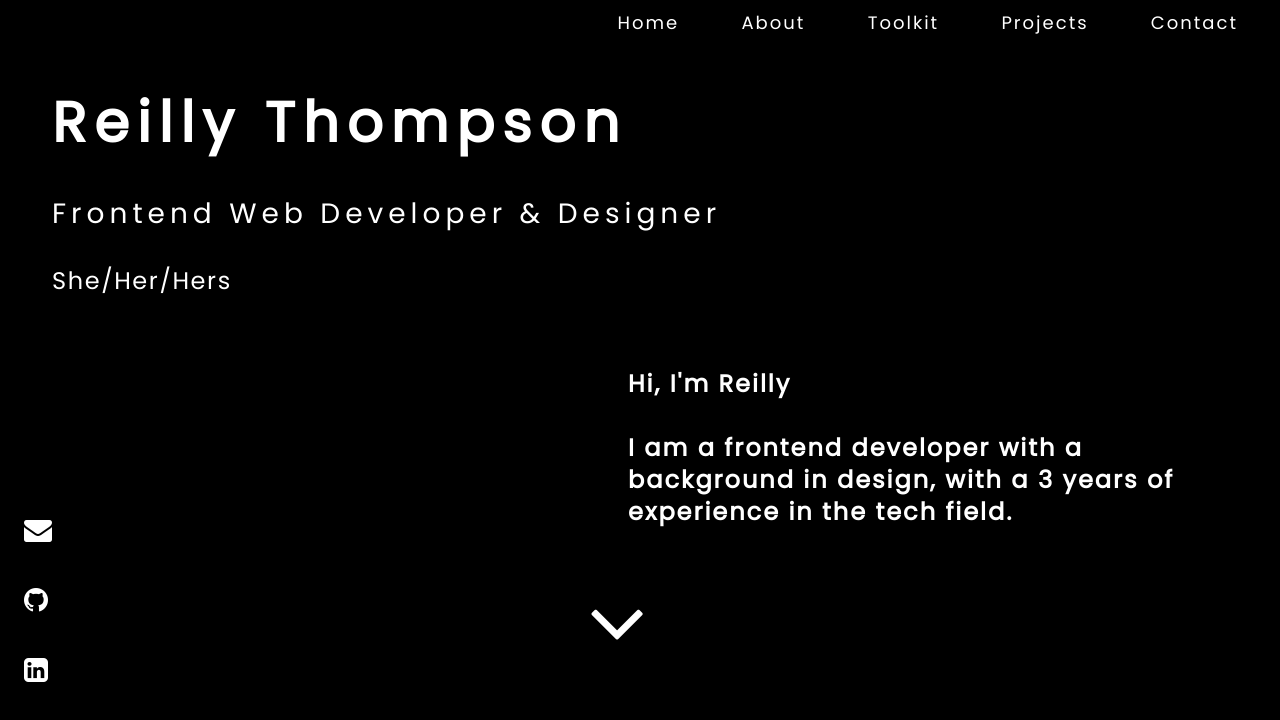
Repository: Rthompson2548/portfolio
Page: index.html
The author's editor kept a copy of each file at every save. The page is drawn from the files as they stood at one save, then again after a run of saves.
The browser window is 1280 px wide. The pictures show the whole page.
Some web libraries are served in a nearby version.

Above is the page before, as saved 2022-04-12 13:36:03.

### index.html
<!DOCTYPE html>
<html>

<head>
	<meta name="viewport" content="width=device-width, initial-scale=1" />
	<!-- nav bar icons -->
	<link rel="stylesheet" href="https://cdnjs.cloudflare.com/ajax/libs/font-awesome/4.7.0/css/font-awesome.min.css" />
	<!-- font -->
	<link href="https://fonts.googleapis.com/css2?family=Roboto+Mono&display=swap" rel="stylesheet">
	<!-- toolkit icons -->
	<link rel="stylesheet" href="https://cdn.jsdelivr.net/gh/devicons/devicon@v2.14.0/devicon.min.css" />
	<link rel="stylesheet" href="https://cdn.jsdelivr.net/gh/devicons/devicon@v2.14.0/devicon.min.css" />
	<link href="https://fonts.googleapis.com/icon?family=Material+Icons" rel="stylesheet" rel="stylesheet" />
	<link rel="preconnect" href="https://fonts.googleapis.com">
	<link rel="preconnect" href="https://fonts.gstatic.com" crossorigin>
	<link href="https://fonts.googleapis.com/css2?family=Poppins&display=swap" rel="stylesheet">
	<!-- style.css file -->
	<link rel="stylesheet" href="style.css" />
	<title>Reilly Thompson</title>
</head>
<header class="header-container">
	<!-- nav bar -->
	<div id="nav-bar" class="nav-bar selectSection">
		<div>
			<button type="button" data-number="1" id="go-to-home" class="nav-bar-item active" href="#home">
					Home
				</button>
				<button type="button" data-number="2" id="go-to-about" class="nav-bar-item" href="#about">
					About
				</button>
				<button type="button" data-number="3" id="go-to-toolkit" class="nav-bar-item" href="#toolkit">
					Toolkit
				</button>
				<button type="button" data-number="4" id="go-to-projects" class="nav-bar-item" href="#projects">
					Projects
				</button>
				<button type="button" data-number="5" id="go-to-contact" class="nav-bar-item" href="#contact">
					Contact
				</button>
				</div>
				</div>
</header>

<body>
	<div class="contentSection">
		<!-- home page -->
		<div class="home content" data-number="1" id="home content">

			<div class="home-left">
				<p class="home-contact-icon">
					<a href="mailto: thompson.reilly@yahoo.com">
						<i class="fa fa-envelope" aria-hidden="true"></i> </a>
				</p>

				<p class="home-contact-icon">
					<a href="https://github.com/Rthompson2548" target="_blank">
						<i class="fa fa-github" aria-hidden="true"></i>
					</a>
				</p>

				<p class="home-contact-icon">
					<a href="https://www.linkedin.com/in/reillythompson/" target="_blank">
						<i class="fa fa-linkedin-square contact-icon-size white"></i>
					</a>
				</p>
			</div>

			<div class="home-middle">
				<h1 class="home-page-name">Reilly Thompson</h1>
				<h3 class="home-page-description">Frontend Web Developer & Designer<h3 />
				<h3 class="pronouns">
					She/Her/Hers
					<h3 />

			</div>

			<div class="home-right">
					<h4>Hi, I'm Reilly</h4>
					<h4>I am a frontend developer with a background in design, with a 3 years of experience in the tech field.
					</h4>

			</div>


			<div id="nav-bar" class="selectSection go-down-btn">

				<button type="button" data-number="2" id="go-to-about" class="nav-bar-item" href="#about">
					<i class="fa fa-angle-down"></i>
				</button>

			</div>


		</div>
		<!-- about -->
		<div name="about" data-number="2" id="about content" class="about content">
			<h2 class="page-title">About</h2>
			<div class="about-page">
				<div>
					<p class="about-text">
						Hi there,
					</p>
					<p></p>
					<p class="about-text">
						Thanks for stopping by! I am a Front End Software Developer with a background in design. I have a passion for leveraging my technical and creative skills to build beautiful, responsive web applications.
					</p>
					<p class="about-text">
						I recently received my certificate from an intensive full stack software development course at Thinkful. My time nowadays is spent improving my tech skills, designing & developing front-end applications, and learning new things.
					</p>
					<p class="about-text">
						When I'm not coding, you can find me spending time with friends, family, and my dogs.
					</p>
				</div>
				<!-- <div>
					<img class="profile-img" src="/images/profile.jpg" alt="">
				</div> -->
			</div>
			</div>
			<!-- toolkit -->
			<div name="toolkit" data-number="3" id="toolkit content" class="toolkit content">
				<h2 class="page-title">Toolkit</h2>
			<div>
				<!-- icon grid here -->
				<div>
					<h1 class="toolkit-icons-row toolkit-section-title">Front End</h1>
					<div class="toolkit-icons-row">
						<i class="toolkit-icon devicon-html5-plain-wordmark colored"></i>
						<i class="toolkit-icon devicon-css3-plain-wordmark colored"></i>
						<i class="toolkit-icon devicon-react-original-wordmark colored"></i>
						</div>
						<div class="toolkit-icons-row">
							<i class="toolkit-icon devicon-bootstrap-plain-wordmark "></i>
							<i class="toolkit-icon devicon-jquery-plain-wordmark colored"></i>
					</div>
				</div>

				<div>
					<h1 class="toolkit-icons-row toolkit-section-title">Back End</h1>
					<div class="toolkit-icons-row">
						<i class="toolkit-icon devicon-nodejs-plain-wordmark colored"></i>
						<i class="toolkit-icon devicon-express-original white"></i>
						<i class="toolkit-icon devicon-postgresql-plain-wordmark colored"></i>
					</div>
				</div>
				<div>
					<h1 class="toolkit-icons-row toolkit-section-title">Additional Tools</h1>

						<div class="toolkit-icons-row">
							<i class="toolkit-icon devicon-javascript-plain colored"></i>
							<i class="toolkit-icon devicon-heroku-plain-wordmark "></i>
							<i class="toolkit-icon devicon-typescript-plain colored"></i>
							</div>
							<div class="toolkit-icons-row">
							<i class="toolkit-icon devicon-git-plain-wordmark red"></i>
							<i class="toolkit-icon devicon-vscode-plain-wordmark colored"></i>
						</div>
				</div>
				</div>
			</div>
					<!-- projects -->
		<div name="projects" class="projects content" data-number="4" id="projects content">
						<h2 class="page-title">Projects</h2>

							<div class="project-section">
								<div class="project-title">
									<a href="https://cocktail-point.vercel.app/" target="_blank">
										Hex Code Generator
									</a>

								</div>

								<div class="demo-code">
									<a class="demo-code-item demo-code-item-first" href="https://github.com/Rthompson2548/hex-code-generator"
										target="_blank">
										<p>Code</p>
										<i class="fa fa-code"></i>
									</a>

									<a class="demo-code-item" href="https://hex-code-generator.vercel.app/" target="_blank">
										<p>Demo</p>
										<i class="fa fa-eye"></i>
									</a>

								</div>


								<a href="https://hex-code-generator.vercel.app/" target="_blank">
									<img src="/images/updated-hex-generator.PNG">
								</a>
							</div>


							<div class="project-section">
								<div class="project-title">
									<a href="https://cocktail-point.vercel.app/" target="_blank">
										Cocktail Handbook
									</a>

								</div>
								<div class="demo-code">
									<a class="demo-code-item demo-code-item-first" href="https://github.com/Rthompson2548/cocktails" target="_blank">
										<p>Code</p>
										<i class="fa fa-code"></i>
									</a>

									<a class="demo-code-item" href="https://cocktail-point.vercel.app/" target="_blank">
										<p>Demo</p>
										<i class="fa fa-eye"></i>
									</a>

								</div>


								<a href="https://cocktail-point.vercel.app/" target="_blank">
									<img src="/images/cocktail-handbook.PNG" alt="movie booker project image">
								</a>
							</div>

							<div class="project-section">
								<div class="project-title">
									<a href="https://github.com/Rthompson2548/boolean-job-searcher" target="_blank">
										Boolean Job Finder
									</a>

								</div>

								<div class="demo-code">
									<a class="demo-code-item demo-code-item-first" href="https://github.com/Rthompson2548/boolean-job-searcher"
										target="_blank">
										<p>Code</p>
										<i class="fa fa-code"></i>
									</a>

									<a class="demo-code-item" href="https://boolean-job-searcher.vercel.app/" target="_blank">
										<p>Demo</p>
										<i class="fa fa-eye"></i>
									</a>

								</div>


								<a href="https://boolean-job-searcher.vercel.app/" target="_blank">
									<img src="/images/boolean.PNG">
								</a>
							</div>


						<div class="project-section">
							<div class="project-title">
								<a href="https://finance-tracker-woad.vercel.app/" target="_blank">
									Finance Tracker
								</a>
							</div>


							<div class="demo-code">
								<a class="demo-code-item demo-code-item-first" href="https://github.com/Rthompson2548/finance-tracker"
									target="_blank">
									<p>Code</p>
									<i class="fa fa-code"></i>
								</a>

								<a class="demo-code-item" href="https://finance-tracker-woad.vercel.app/" target="_blank">
									<p>Demo</p>
									<i class="fa fa-eye"></i>
								</a>

							</div>

							<a href="https://finance-tracker-woad.vercel.app/" target="_blank">
								<img src="/images/finance-tracker-img.PNG" alt="movie booker project image">
							</a>
						</div>

						<div class="project-section">
							<div class="project-title">
								<a href="https://movie-theatre-booking-app.vercel.app/" target="_blank">
									Cinema Hub
								</a>
							</div>



							<div class="demo-code">
								<a class="demo-code-item demo-code-item-first" href="https://github.com/Rthompson2548/cinema-hub"
									target="_blank">
									<p>Code</p>
									<i class="fa fa-code"></i>
								</a>

								<a class="demo-code-item" href="https://movie-theatre-booking-app.vercel.app/" target="_blank">
									<p>Demo</p>
									<i class="fa fa-eye"></i>
								</a>

							</div>


						<a href="https://movie-theatre-booking-app.vercel.app/" target="_blank">
								<img src="/images/cinema-hub-app.PNG" alt="movie booker project image">
							</a>
						</div>

						<div class="project-section">
							<div class="project-title">
								<a href="https://project-decoder-ring.vercel.app/" target="_blank">
									Crypto-Messenger
								</a>
							</div>




							<div class="demo-code">
								<a class="demo-code-item demo-code-item-first" href="https://github.com/Rthompson2548/encode-decode" target="_blank">
									<p>Code</p>
									<i class="fa fa-code"></i>
								</a>

								<a class="demo-code-item" href="https://project-decoder-ring.vercel.app/" target="_blank">
									<p>Demo</p>
									<i class="fa fa-eye"></i>
								</a>

							</div>

							<a href="https://project-decoder-ring.vercel.app/" target="_blank">
								<img src="/images/crypto-message-application.PNG" alt="decoder ring app project image">
							</a>
						</div>




		</div>
		<!-- contact -->
		<div name="contact" data-number="5" id="contact content" class="contact content">
			<h1 class="page-title">Contact Me</h1>

				<ul class="contact-icons">
					<li class="contact-icon">
							<a href="https://github.com/Rthompson2548" target="_blank">
								<i class="fa fa-github" aria-hidden="true"></i>

							</a>
							<p class="contact-icon-text">@Rthompson2548</p>
					</li>

					<li class="contact-icon">
							<a href="https://www.linkedin.com/in/reillythompson/" target="_blank">
								<i class="fa fa-linkedin-square contact-icon-size white"></i>
							</a>
							<p class="contact-icon-text">@reillythompson</p>
					</li>

					<li class="contact-icon">
						<a href="mailto: thompson.reilly@yahoo.com">
							<i class="fa fa-envelope" aria-hidden="true"></i> </a>
						<p class="contact-icon-text">thompson.reilly@yahoo.com</p>

					</li>

					<li class="contact-icon">
						<a href="tel:9712803415">
							<i class="fa fa-phone" aria-hidden="true"></i>
						</a>
						<p class="contact-icon-text">971-280-3415</p>
					</li>

					<li class="contact-icon">
						<a href="sms:9712803415">
							<i class="fa fa-comment" aria-hidden="true"></i>
						</a>
						<p class="contact-icon-text">971-280-3415</p>

					</li>
				</ul>
		</div>


		</div>
		</div>

	<script src="script.js"></script>
</body>

</html>

### style.css
/* global */
* {
  font-family: 'Poppins', sans-serif;
  max-width: 100%;
  background-color: #000;
  color: #fff;
  letter-spacing: 2px;
}

a {
  text-decoration: none;
  color: #fff;
  letter-spacing: 4px;
  padding-bottom: 5px;
}

.fa-angle-down {
  font-size: 58px;
  font-weight: medium;
  text-align: center !important;
}

.go-down-btn {
  position: fixed;
  left: 50%;
  bottom: 0px;
  transform: translate(-50%, -50%);
  margin: 0 auto;
}

.header-container {
  display: flex;
  flex-direction: row;
}

.hidden {
  display: none;
}

.content {
  margin: 10px 36px 0px 36px;
  padding-top: 24px;
}

.page-title {
  font-size: 42px;
  margin-bottom: 16px;
}

.nav-bar {
  display: flex;
  position: fixed;
  padding-bottom: 10px;
  justify-content: space-evenly;
  width: 100%;
  top: 0;
}

.fa-code {
  color: #fff;
}


.nav-bar-item {
  font-size: 10px;
  border: none;
  margin-top: 8px;
}

.home {
  display: flex;
  flex-direction: column;
}

.home-middle {
  margin-left: 8px;
}

.home-right {
  right: 0;
  bottom: 0;
  position: absolute;
  font-size: 14px;
  font-weight: 100 !important;
  width: 250px;
  margin: 0 12px 80px 0;
  line-height: 2.5rem;
}

.home-contact-icon {
  font-size: 28px;
}

.home-left {
  left: 0;
  bottom: 0;
  position: absolute;
  padding: 0 12px 0 24px;
}

.view-work-button {
  padding: 8px 28px;
  margin-top: 12px;
  border: none;
  color: #fff;
  border-radius: 12px;
  font-size: 16px;
  letter-spacing: 1.5px;
  background-color: blueviolet;
}

.profile-img {
  width: 300px;
  height: auto;
}

.pronouns {
  font-size: 16px;
  letter-spacing: 1.6px;
  font-weight: normal;
}

.home-page-name {
  font-size: 28px;
  font-weight: medium;
  overflow-wrap: normal;
  width: 350px;
  display: table-caption;
  margin-bottom: 0px;
  letter-spacing: 5px;
}

.home-page-description {
  font-size: 16px;
  font-weight: normal;
  width: 350px;
}

.toolkit-section-title {
  font-size: 28px;
  letter-spacing: 2px;
  font-weight: normal;
}

.toolkit-icons-row {
  display: flex;
  justify-content: space-evenly;
  margin: 72px 10px 40px 0;
}

.toolkit-icon {
  font-size: 65px;
  margin: 0 6px;
}

/* change name */
.white-icon {
  color: rgb(255, 255, 255);
  margin-right: 14px;
  text-decoration: none;
  font-size: 20px;
}


.contact-icon {
  text-decoration: none;
  font-size: 36px;
  display: flex;
  flex-direction: column;
  align-items: center;

}

.contact-icon-text {
  font-size: 14px;
  margin-top: 0px;
}

.contact-icons {
  font-size: 42px;
  margin-top: 25%;
}

.project-section {
  display: flex;
  flex-direction: column;
  align-items: center;
  margin: 52px 0;
}

.project-section i {
  font-size: 32px;
  margin-bottom: 24px;
}

.project-section img {
  border-radius: 5px;
  width: 300px;
  height: auto;
  box-shadow: rgba(0, 0, 0, 0.07) 0px 1px 1px, rgba(0, 0, 0, 0.07) 0px 2px 2px, rgba(0, 0, 0, 0.07) 0px 4px 4px, rgba(0, 0, 0, 0.07) 0px 8px 8px, rgba(0, 0, 0, 0.07) 0px 16px 16px;
}

.demo-code {
  display: flex;
  justify-content: center;
}

.demo-code-item {
  display: flex;
  flex-direction: column;
  align-items: center;
  margin: 3px 10px;
}

.demo-code-item i {
  font-size: 20px;
}

.project-title {
  font-weight: bold;
  font-size: 18px;
  margin: 18px 0;
  /* text-shadow:
    0 0 7px #fff,
    0 0 10px #fff,
    0 0 21px #fff,
    0 0 42px #0fa,
    0 0 82px #0fa,
    0 0 92px #0fa,
    0 0 102px #0fa,
    0 0 151px #0fa; */
}

.page-text {
  font-size: 20px;
  letter-spacing: 1.25px;
  font-weight: 100;
  line-height: 2rem;
  /* margin: 0 75px 32px 0; */
}

.about-page {
  display: flex;
  flex-direction: column;
}

.about-text {
  font-size: 14px;
  width: 300px;
}
/** only displays home page when website is displayed */
.content:not(:first-child) {
    display: none;
}


@media (min-width: 500px) {
  .nav-bar-item {
    font-size: 14px;
    margin-right: 18px;
  }

  .home-page-description {
    font-size: 18px;
    width: 500px;
  }

  .home-page-name {
    width: 500px;
    font-size: 36px;
  }

  .home-right {
    width: 350px;
    font-size: 18px;
    margin-right: 32px;
    margin-bottom: 116px;
  }

  .about-text {
    font-size: 16px;
    width: 450px;
  }
}

@media (min-width: 600px) {
  .about-text {
    width: 575px;
  }

  .toolkit-section-title {
    font-size: 38px;
  }
}

/* desktop view */
@media (min-width: 800px) {
  .contact {
    font-size: 30px;
  }

  .fa-angle-down {
    font-size: 72px;
  }

  .view-work-button {
    margin-top: 30px;
    padding: 12px 38px;
    font-size: 24px;
  }

  .home-page-description {
    font-size: 24px;
    letter-spacing: 4px;
    /* margin-left: 14px; */
    margin-bottom: 28px;
  }

  .home-right {
    width: 500px;
    font-size: 20px;
    margin: 0 52px 125px 0px;
    line-height: 2rem;
  }

  .pronouns {
    font-size: 24px;
  }

  .nav-bar-item {
    font-size: 16px;
    padding-right: 32px;
  }

  .nav-bar {
    display: flex;
    justify-content: end;
  }

  .page-title {
    font-size: 42px;
    margin-bottom: 24px;
    font-weight: 300;
    margin-right: 12px;
  }

  .home-page-name {
    font-size: 48px;
    width: 750px;
  }

  .toolkit-icon {
    font-size: 100px;
    margin: 22px;
  }

  .home {
    flex-direction: row;
  }

  .project-section img {
    width: 400px;
    height: auto;
    box-shadow: rgba(0, 0, 0, 0.3) 0px 19px 38px, rgba(0, 0, 0, 0.22) 0px 15px 12px;
  }

  .project-title {
    font-size: 32px;
  }

  .contact-icons {
    font-size: 100px;
    margin-top: 10%
  }

  .contact {
    margin-bottom: 0 !important;
  }

  .page-text {
    margin: 0 75px 0 0;
  }

.about-page {
  display: flex;
  flex-direction: row;
}

.about-text {
  font-size: 22px;
  line-height: 2.25rem;
  width: 750px;
}

.profile-img {
  width: 300px;
  height: auto;
  /* margin-top: 40px; */
  margin-bottom: 12px;
  margin-right: 75px;
}

}



@media (min-width: 900px) {

.about-page {
  display: flex;
  flex-direction: row;
}

.fa-angle-down {
  font-size: 92px;
}

.profile-img {
  width: 500px;
  height: auto;
  margin-right: 100px;
}

  .home-page-name {
    letter-spacing: 8px;
    font-size: 56px;
    width: 700px;
  }

  .home-page-description {
    font-size: 28px;
    letter-spacing: 5px;
    width: 700px;
  }

  .home-right {
    width: 600px;
    font-size: 24px;
    margin-bottom: 160px;
  }

  .nav-bar-item {
    font-size: 18px;
  }

   .project-section img {
    width: 600px;
    height: auto;
  }

  .page-text {
    margin: 0 250px 10px 0;
  }
}

@media (min-width: 1000px) {
  .about-text {
    width: 950px;
  }

  .toolkit-section-title {
    font-size: 42px;
  }

  .page-title {
    font-size: 44px;
  }
}

@media (min-width: 1200px) {
  .about-text {
    width: 1175px;
  }
}

### script.js
let Buttons = document.querySelectorAll(".selectSection button")

const goToHomePage = document.getElementById("go-to-home");
const home = document.getElementById("home");

const goToAboutPage = document.getElementById("go-to-about");
const about = document.getElementById("about");


const goToToolkitPage = document.getElementById("go-to-toolkit");
const toolkit = document.getElementById("toolkit");

const goToProjectsPage = document.getElementById("go-to-projects");
const projects = document.getElementById("projects");

const goToContactPage = document.getElementById("go-to-contact")
const contact = document.getElementById("contact");


for (let button of Buttons) {
    button.addEventListener("click", (event) => {
        const eventTarget = event.target;

        const activePage = document.querySelector(".active");

        if (activePage) {
            activePage.classList.remove("active");
        }

        eventTarget.classList.add("active");

        let allContent = document.querySelectorAll(".content");

        for (let content of allContent) {
            if (content.getAttribute("data-number") === button.getAttribute("data-number")) {
                content.style.display = "block";
            }

            else {
                content.style.display = "none";
            }
        }
    })
}

After the next 3 saves:
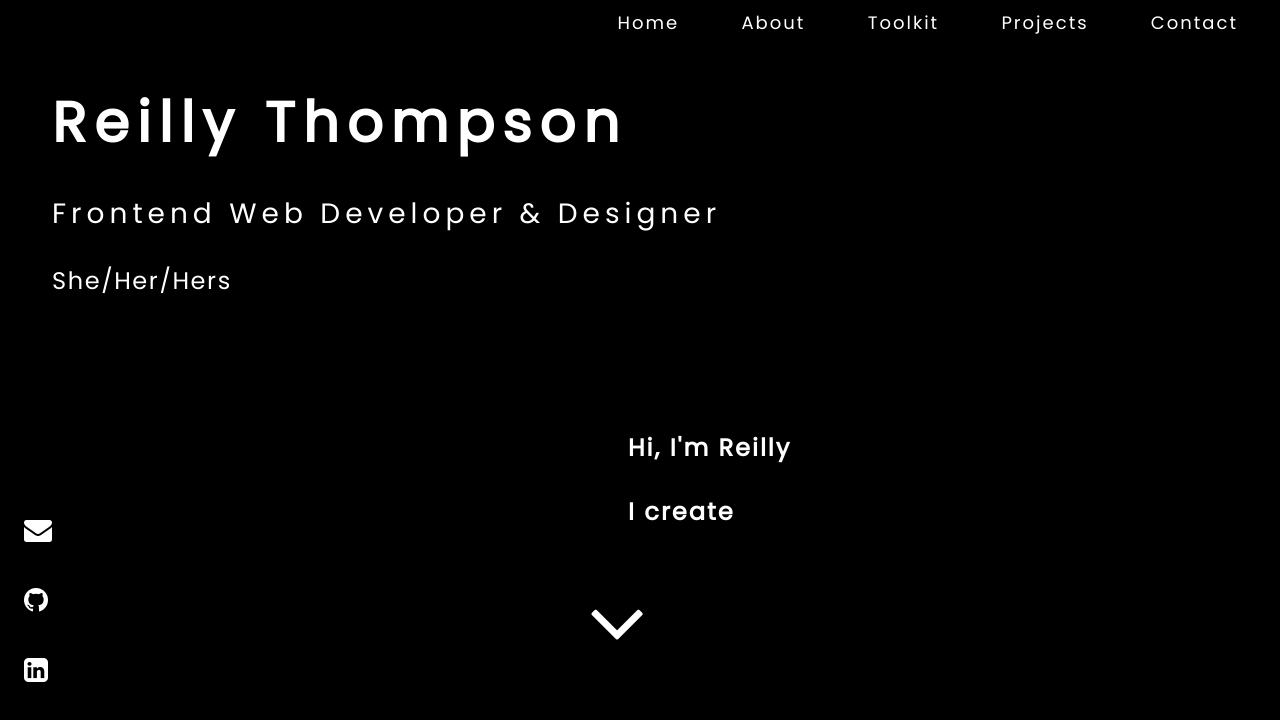
The 3 saves are shown as one change because they came seconds apart.
The last was saved 19 s later.
--- a/index.html
+++ b/index.html
@@ -76,7 +76,7 @@
 
 			<div class="home-right">
 					<h4>Hi, I'm Reilly</h4>
-					<h4>I am a frontend developer with a background in design, with a 3 years of experience in the tech field.
+					<h4>I create
 					</h4>
 
 			</div>

After the save that followed:
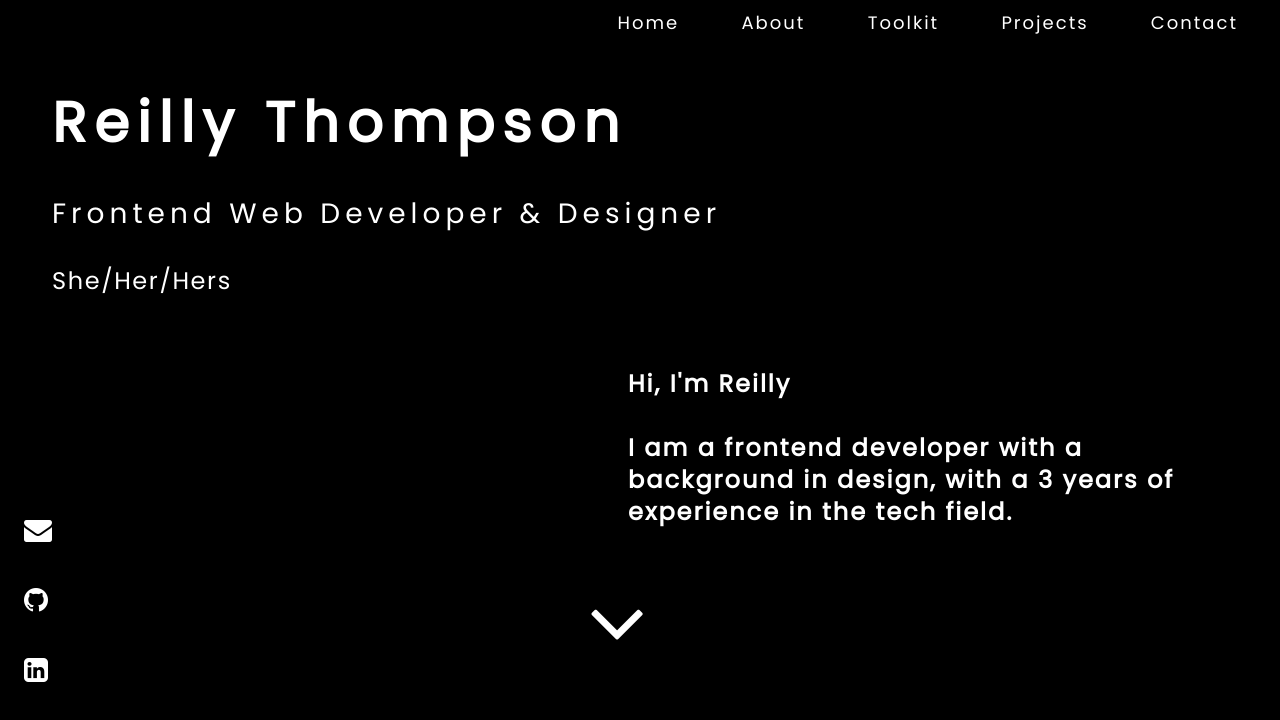
Saved 4 s later.
--- a/index.html
+++ b/index.html
@@ -76,7 +76,7 @@
 
 			<div class="home-right">
 					<h4>Hi, I'm Reilly</h4>
-					<h4>I create
+					<h4>I am a frontend developer with a background in design, with a 3 years of experience in the tech field.
 					</h4>
 
 			</div>
